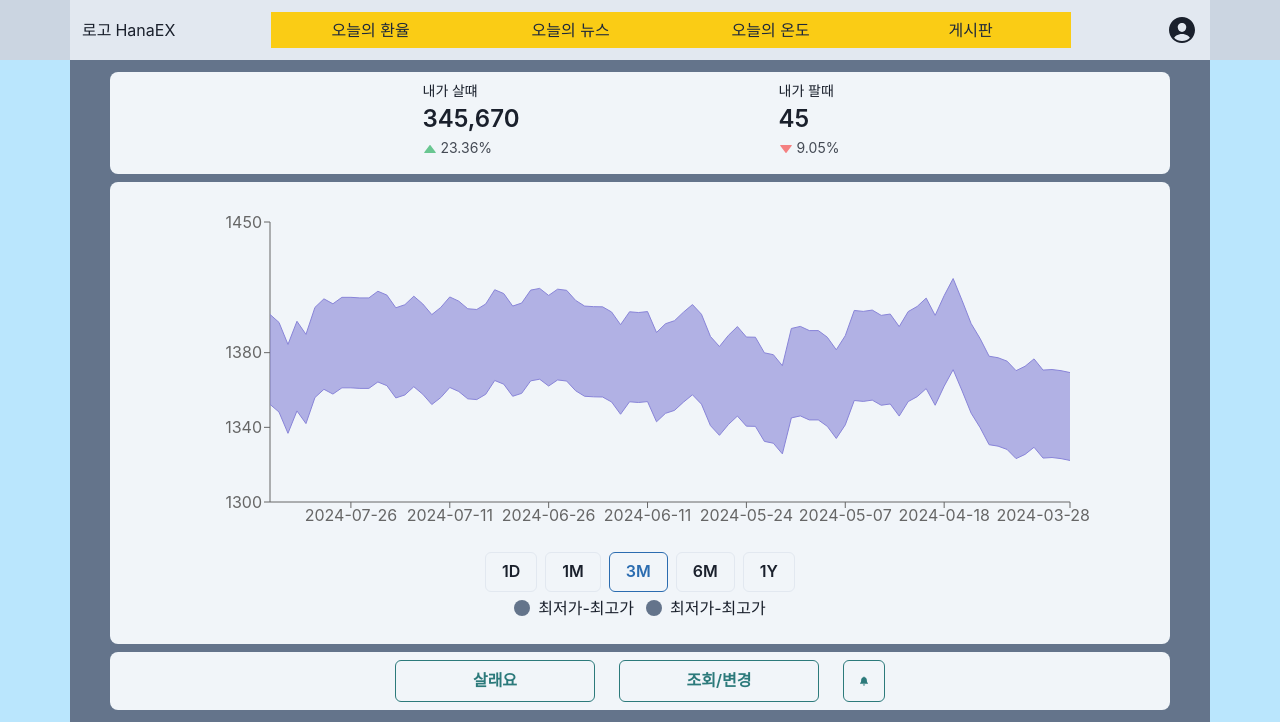
Repository: HANAEX/FRONT
Page: /MainPageDetail
These files come from the project's save history. The page is drawn as it stood at one moment and after the next save; the edit follows.
The browser window is 1280 px wide. The pictures show the whole page.
The project was rebuilt for these pictures with package versions that can differ from the ones it lists, and the page was loaded fresh each time. Also part of the build but not shown: src/components/ChartCard.js, src/components/FlowText.js, src/data/Server_Url.js, src/pages/MainPage.js, src/pages/LoginPage.js, src/pages/MyPage.js, src/components/Toggle.js, src/components/SementicCard.js and 8 more.

Above is the page before, as saved 2024-08-14 09:44:10.

After the next save:
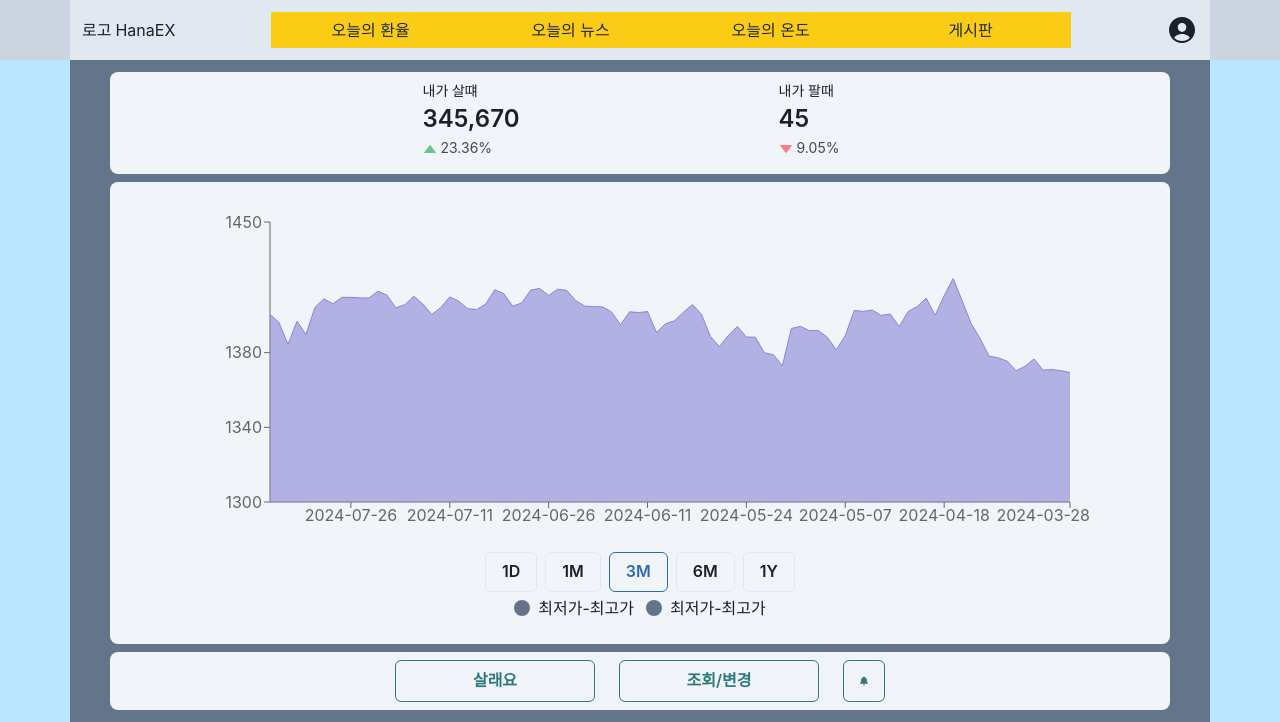
Saved 2 min 28 s later.
--- a/src/components/MainChart.js
+++ b/src/components/MainChart.js
@@ -1,4 +1,4 @@
-import { XAxis, YAxis, Area, Tooltip, AreaChart } from 'recharts';
+import { XAxis, YAxis, Area, Line, Tooltip, AreaChart } from 'recharts';
 import { Button, ButtonGroup } from '@chakra-ui/react';
 
 import React, { useState } from 'react'
@@ -36,9 +36,8 @@
 
   return (
     <div>
-      {console.log(processedData)}
       <div>
-        <AreaChart
+        {/* <AreaChart
           width={900}
           height={350}
           data={filtered_rangeData}
@@ -49,6 +48,20 @@
           <XAxis dataKey="day" />
           <YAxis domain={[1300, 1450]}/>
           <Area dataKey="price" stroke="#8884d8" fill="#8884d8" />
+          <Tooltip />
+        </AreaChart> */}
+        <AreaChart
+          width={900}
+          height={350}
+          data={processedData}
+          margin={{
+            top: 20, right: 20, bottom: 20, left: 20,
+          }}
+        >
+          <XAxis dataKey="day" />
+          <YAxis domain={[1300, 1450]} />
+          <Area dataKey="priceHigh" stroke="#8884d8" fill="#8884d8" />
+          <Line type="monotone" dataKey="기준율" stroke="#ff7300" /> {/* 매매기준율을 나타내는 LineChart 추가 */}
           <Tooltip />
         </AreaChart>
       </div>
